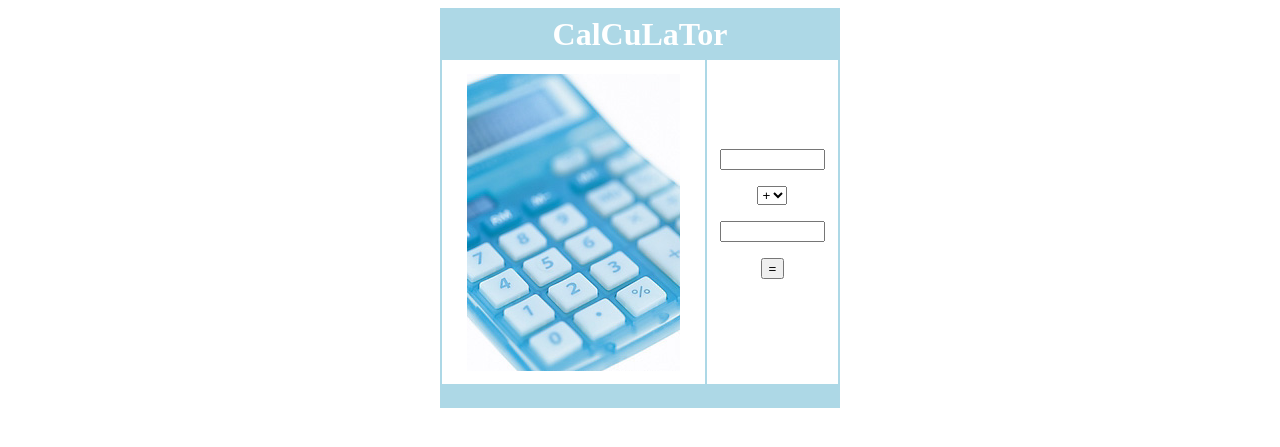
Repository: LeeHyeSu/JSP
Page: http://localhost/Practice32/calc.jsp
The author's editor kept a copy of each file at every save. The page is drawn from the files as they stood at one save, then again after the next save.
The browser window is 1280 px wide. The pictures show the whole page.
The page is served by Tomcat 9.

Above is the page before, as saved 2017-11-24 08:40:11.

After the next save:
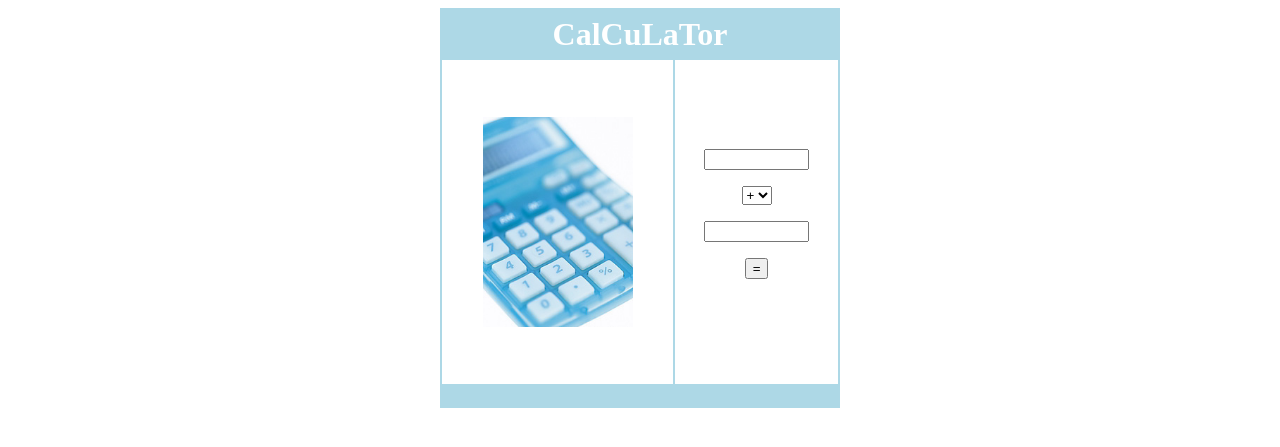
Saved 16 s later.
--- a/Practice32/WebContent/calc.jsp
+++ b/Practice32/WebContent/calc.jsp
@@ -16,7 +16,7 @@
 			</td>
 		</tr>
 		<tr align="center">
-			<td><img src="images/cal.jpg"></td>
+			<td><img src="images/cal.jpg" width="150px"></td>
 			<td>
 				<input type="text" name="op1" size="10"><p>
 				<select name="operator">
